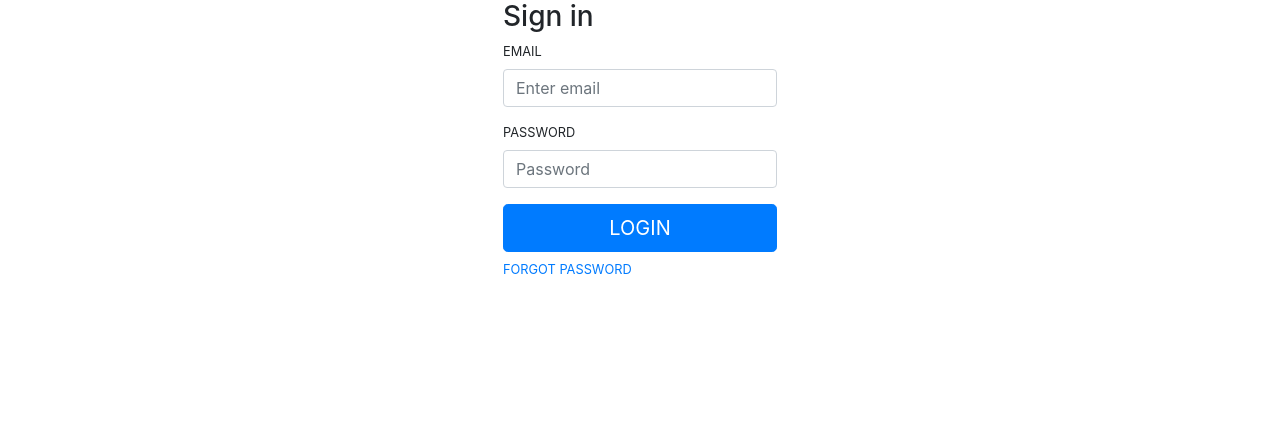
Repository: igmeMarcial/ProyectoLP-2023
Page: http://localhost/proyectoLP_2023/
The author's editor kept a copy of each file at every save. The page is drawn from the files as they stood at one save, then again after the next save.
The browser window is 1280 px wide. The pictures show the whole page.
The page is served by Tomcat 9.

Above is the page before, as saved 2023-02-21 03:34:52.
Console error: TypeError: Cannot read properties of undefined (reading 'fn')

After the next save:
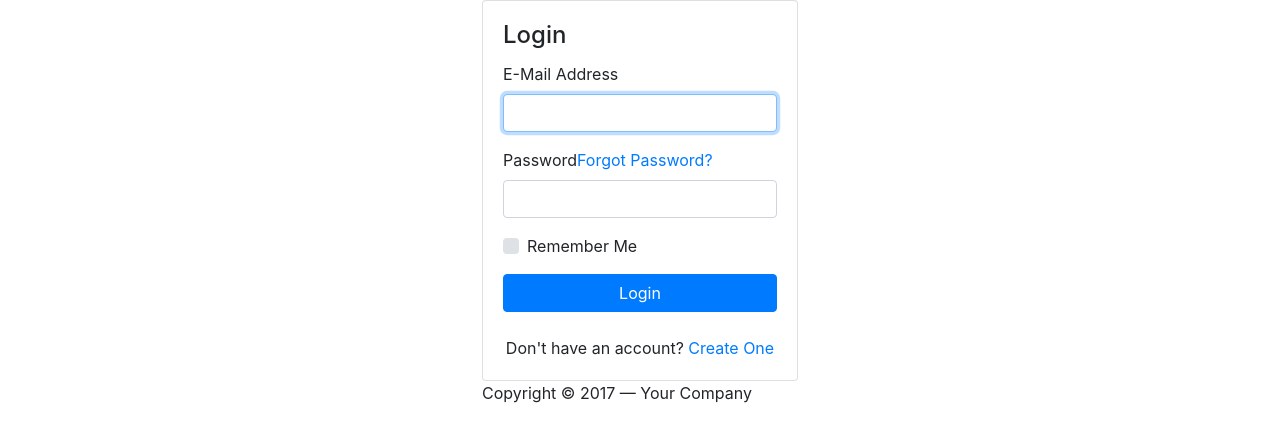
Saved 39 s later.
--- a/proyectoLP_2023/WebContent/index.jsp
+++ b/proyectoLP_2023/WebContent/index.jsp
@@ -11,31 +11,52 @@
 <body class=" h-100 d-flex justify-content-center align-items-center">
 	<div class="auth d-flex justify-content-center align-items-center">
 		 <div class="auth__body">
-    <form class="auth__form" autocomplete="off">
-      <div class="auth__form_body">
-        <h3 class="auth__form_title">Sign in</h3>
-        <div>
-          <div class="form-group">
-            <label class="text-uppercase small">Email</label>
-            <input type="email" class="form-control" placeholder="Enter email">
-          </div>
-          <div class="form-group">
-            <label class="text-uppercase small">Password</label>
-            <input type="password" class="form-control" placeholder="Password">
-          </div>
-        </div>
-      </div>
-      <div class="auth__form_actions">
-        <button class="btn btn-primary btn-lg btn-block">
-          LOGIN
-        </button>
-        <div class="mt-2">
-          <a href="#" class="small text-uppercase">
-            Forgot password
-          </a>
-        </div>
-      </div>
-    </form>
+    	<div class="card fat">
+						<div class="card-body">
+							<h4 class="card-title">Login</h4>
+							<form method="POST" class="my-login-validation" novalidate="">
+								<div class="form-group">
+									<label for="email">E-Mail Address</label>
+									<input id="email" type="email" class="form-control" name="email" value="" required autofocus>
+									<div class="invalid-feedback">
+										Email is invalid
+									</div>
+								</div>
+
+								<div class="form-group">
+									<label for="password">Password
+										<a href="forgot.html" class="float-right">
+											Forgot Password?
+										</a>
+									</label>
+									<input id="password" type="password" class="form-control" name="password" required data-eye>
+								    <div class="invalid-feedback">
+								    	Password is required
+							    	</div>
+								</div>
+
+								<div class="form-group">
+									<div class="custom-checkbox custom-control">
+										<input type="checkbox" name="remember" id="remember" class="custom-control-input">
+										<label for="remember" class="custom-control-label">Remember Me</label>
+									</div>
+								</div>
+
+								<div class="form-group m-0">
+									<button type="submit" class="btn btn-primary btn-block">
+										Login
+									</button>
+								</div>
+								<div class="mt-4 text-center">
+									Don't have an account? <a href="register.html">Create One</a>
+								</div>
+							</form>
+						</div>
+					</div>
+					<div class="footer">
+						Copyright &copy; 2017 &mdash; Your Company
+					</div>
+				</div>
   </div>
 	</div>
 
